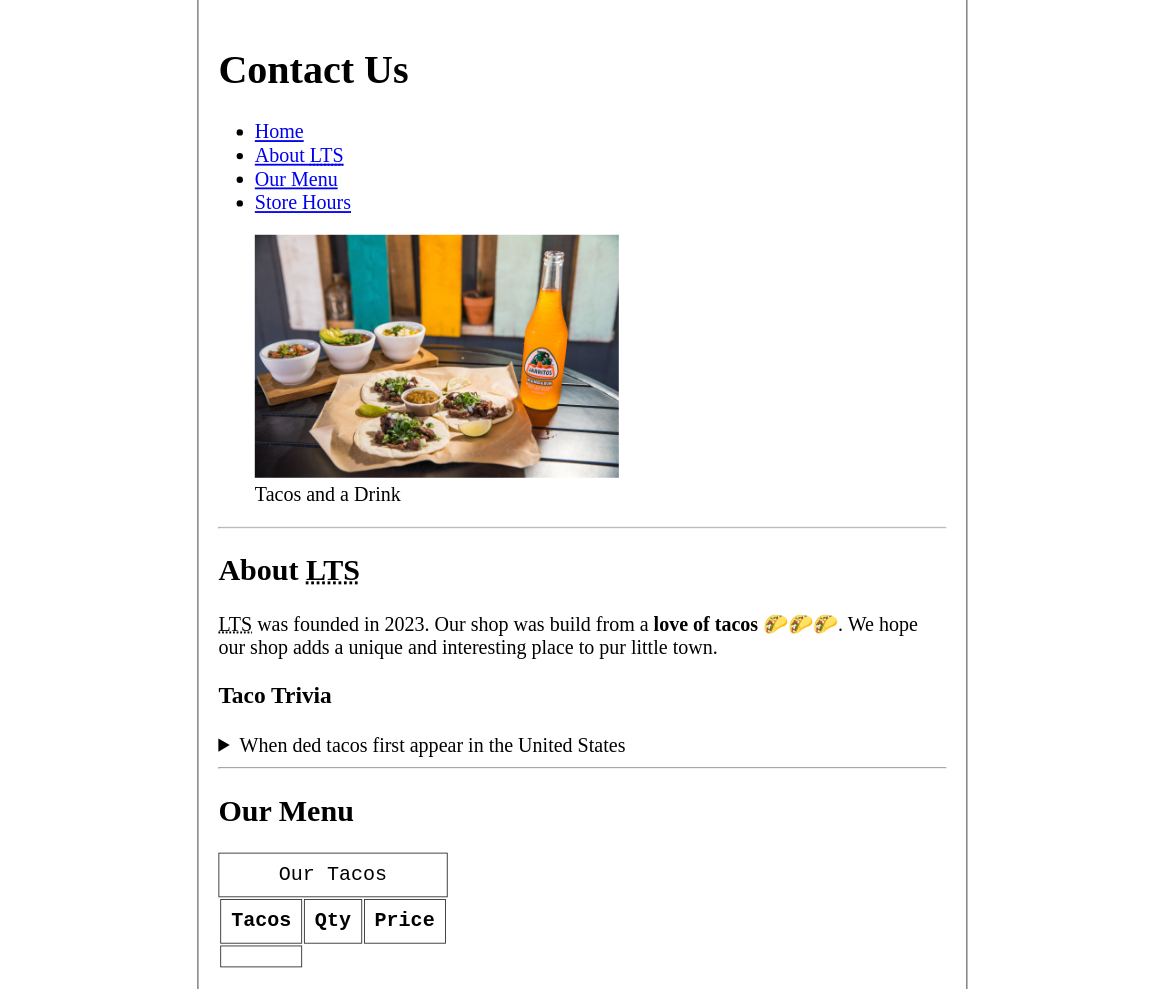
Repository: JavaProgrammerFromEastEurope/project-html-full-tutorial
Page: 10_lesson/contact.html
These files come from the project's save history. The page is drawn as it stood at one moment and after the next save; the edit follows.
The browser window is 1280 px wide. The pictures show the whole page, at 91% of full size.

Above is the page before, as saved 2023-04-07 05:26:59.

### 10_lesson/contact.html
<!DOCTYPE html>
<html lang="en">
  <head>
    <meta charset="UTF-8" />
    <meta name="author" content="Dave Gray" />
    <meta
      name="description"
      content="Contact information for The Little Taco Shop"
    />
    <title>Contact Us - LTS</title>
    <link rel="icon" href="favicon.ico" type="image/x-icon" />
    <link rel="stylesheet" href="css/style.css" />
  </head>

  <body>
    <header>
      <h1>Contact Us</h1>
      <nav>
        <ul>
          <li><a href="/">Home</a></li>
          <li>
            <a href="/#about"
              >About <abbr title="The Little Taco Shop">LTS</abbr></a
            >
          </li>
          <li><a href="/#menu">Our Menu</a></li>
          <li><a href="hours.html">Store Hours</a></li>
        </ul>
      </nav>
      <figure>
        <img
          src="./assets/img/tacos_and_drink_400x267.png"
          alt="Tacos and a Drink"
          title="We love tacos!"
          width="400"
          height="267"
        />
        <figcaption>Tacos and a Drink</figcaption>
      </figure>
    </header>
    <hr />
    <main>
      <article id="about">
        <h2>About <abbr title="The Little Taco Shop">LTS</abbr></h2>
        <p>
          <abbr title="The Little Taco Shop">LTS</abbr> was founded in
          <time datetime="2023">2023</time>. Our shop was build from a
          <strong>love of tacos </strong> 🌮🌮🌮. We hope our shop adds a unique
          and interesting place to pur little town.
        </p>
        <aside>
          <h3>Taco Trivia</h3>
          <details>
            <summary>When ded tacos first appear in the United States</summary>
            <p>
              Jeffrey M. Pilcher, taco historian and professor of history at the
              University of Minnesota, says the earliest mention of tacos in thr
              Unites States are in a newspaper from
              <time datetime="1905">1905</time>. (Source:
              <cite
                ><a
                  href="https://www.smithsonianmag.com/arts-culture/where-did-the-taco-come-from-81228162/"
                  target="_blank"
                  >Smithsonian Magazine</a
                ></cite
              >)
            </p>
          </details>
        </aside>
      </article>
			<hr>
			<article id="menu">
				<h2>Our Menu</h2>
				<table>
					<caption>Our Tacos</caption>
					<thead>
						<tr>
							<th>Tacos</th>
							<th scope="col"><addr title="Quantity">Qty</addr></th>
							<th scope="col">Price</th>
						</tr>
					</thead>
					<tbody>
						<tr>
							<th scope="row" rowspan="3">

							</th>
						</tr>
					</tbody>
				</table>
			</article>
    </main>
  </body>
</html>

### 10_lesson/css/style.css
html {
	font-size: 22px;
}

body {
	min-height: 100vh;
	max-width: 800px;
	margin: 0 auto;
	padding: 1rem;
	border-left: 1px solid #333;
	border-right: 1px solid #333;
}

th, td, caption {
	border: 1px solid #333;
	font-family: 'Courier New', Courier, monospace;
	border-collapse: separate;
	padding: 0.5rem;
}

After the next save:
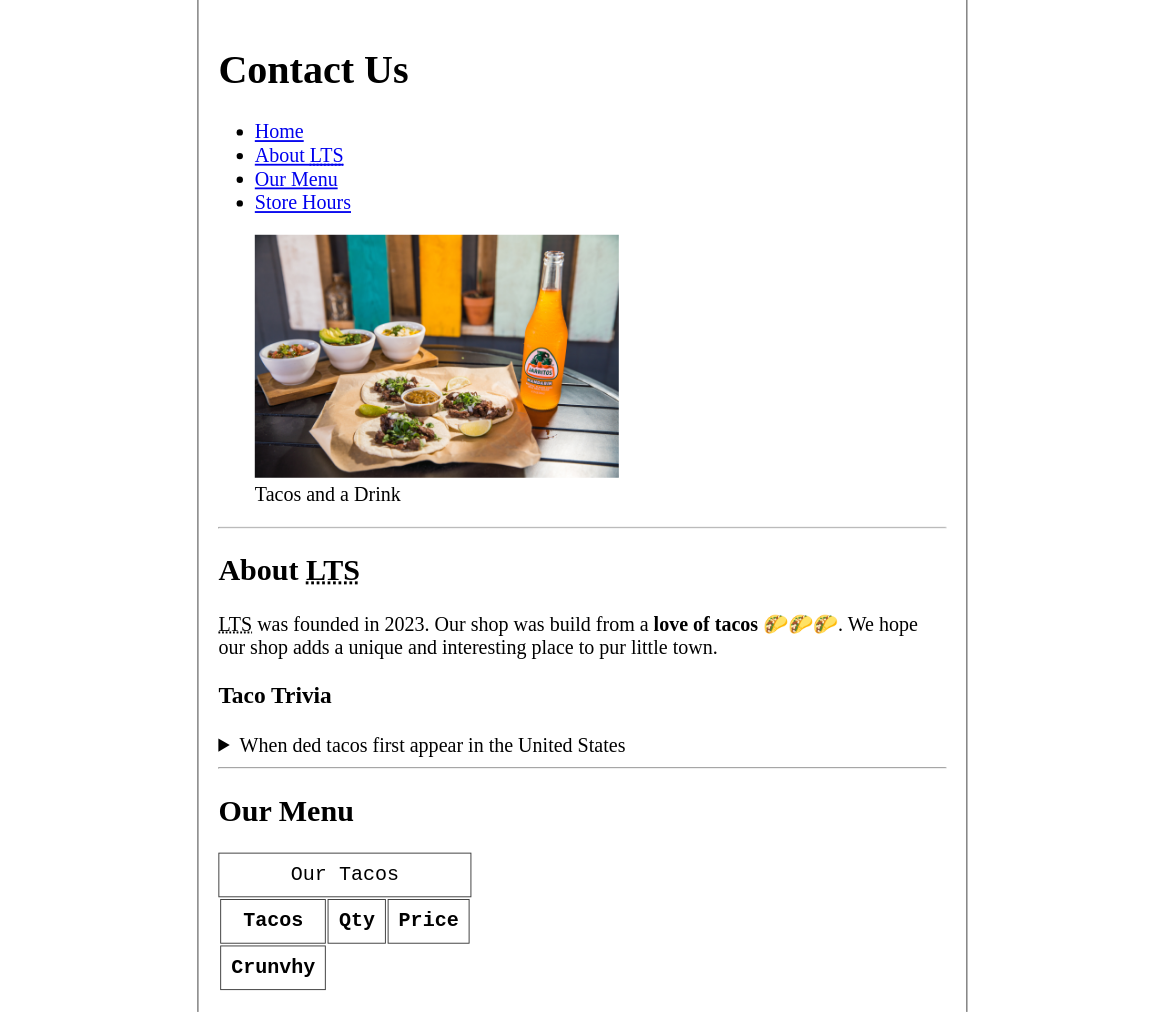
Saved 4 s later.
--- a/10_lesson/contact.html
+++ b/10_lesson/contact.html
@@ -83,7 +83,7 @@
 					<tbody>
 						<tr>
 							<th scope="row" rowspan="3">
-
+								Crunvhy
 							</th>
 						</tr>
 					</tbody>
